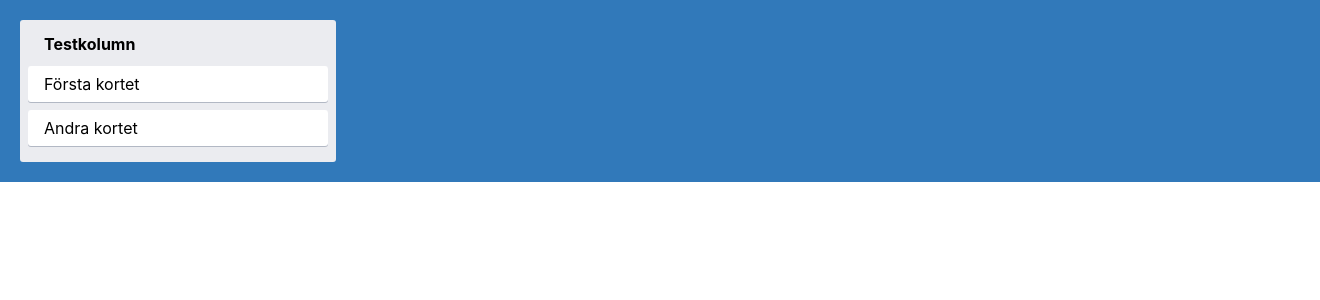
Repository: elander/grundkursen
Page: /
The author's editor kept a copy of each file at every save. The page is drawn from the files as they stood at one save, then again after a run of saves.
The browser window is 1280 px wide. The page is 1320 px wide, so the pictures cover 1320 px, including what lies to the right of the window. The pictures show the whole page.
The project was rebuilt for these pictures with package versions that can differ from the ones it lists, and the page was loaded fresh each time. Also part of the build but not shown: src/App.css.

Above is the page before, as saved 2022-04-25 10:52:30.

After the next 2 saves:
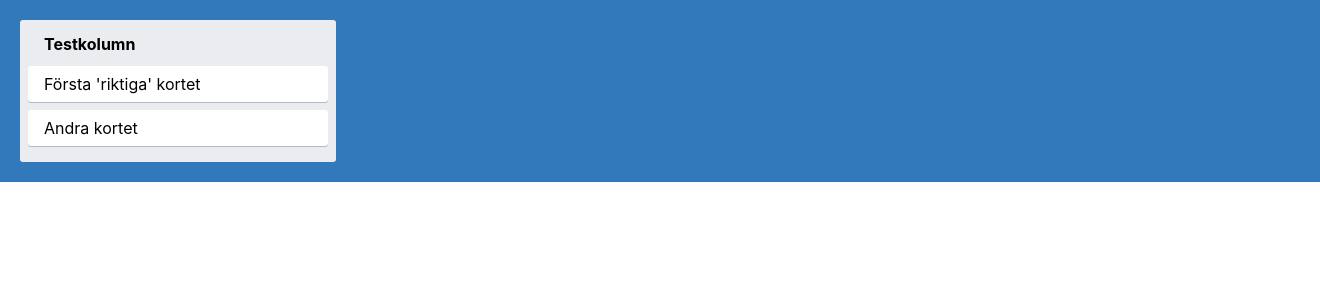
The 2 saves are shown as one change because 1 did not build or start.
The last was saved 2 min 21 s later.
--- a/src/components/Column/Column.tsx
+++ b/src/components/Column/Column.tsx
@@ -1,4 +1,6 @@
 import { CardContainer, ColumnContainer, ColumnTitle } from "../../styles";
+
+import { Card } from "../Card/Card";
 
 type ColumnProps = {
     text: string
@@ -9,8 +11,8 @@ export const Column = ({text}: ColumnProps) => {
     return (
         <ColumnContainer>
       <ColumnTitle>{text}</ColumnTitle>
-      <CardContainer>Första kortet</CardContainer>
-      <CardContainer>Andra kortet</CardContainer>
+      <Card text="Första 'riktiga' kortet" />
+      <Card text="Andra kortet" />
       </ColumnContainer>
     )
 };
